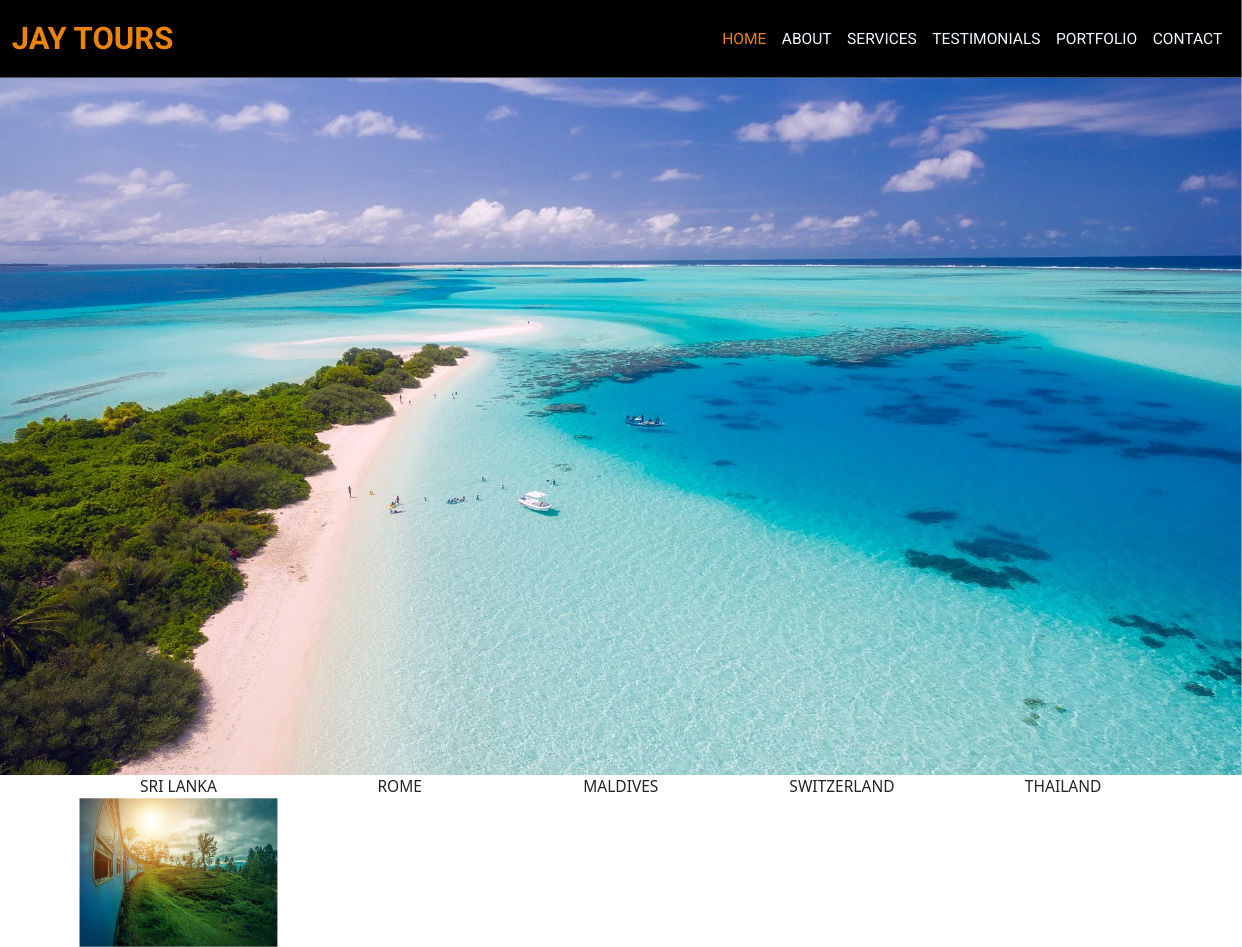
Repository: kasundiudn/Jay-Travel
Page: index.html
An editor plug-in stored every save of this project. The page is shown before and after the next save, followed by the edit.
The browser window is 1280 px wide. The pictures show the whole page, at 97% of full size.

Above is the page before, as saved 2025-06-26 10:18:46.

After the next save:
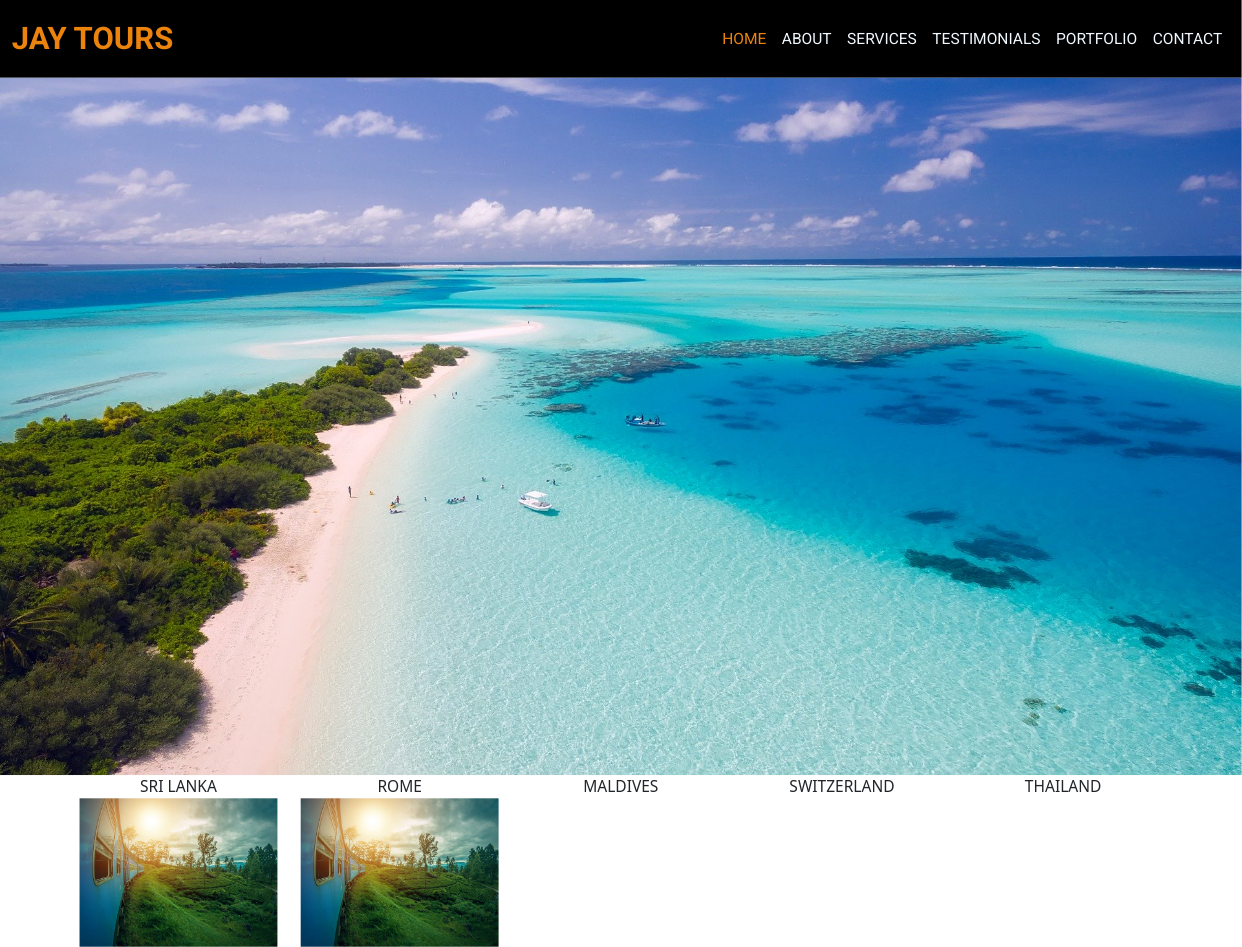
Saved 29 s later.
--- a/index.html
+++ b/index.html
@@ -59,6 +59,7 @@
     </div>
     <div class="col">
       ROME
+      <img src="Sri Lanka.jpg" alt="SRI LANKA" style="width: 100%; height: auto;">
     </diV>
     <div class="col">
       MALDIVES
